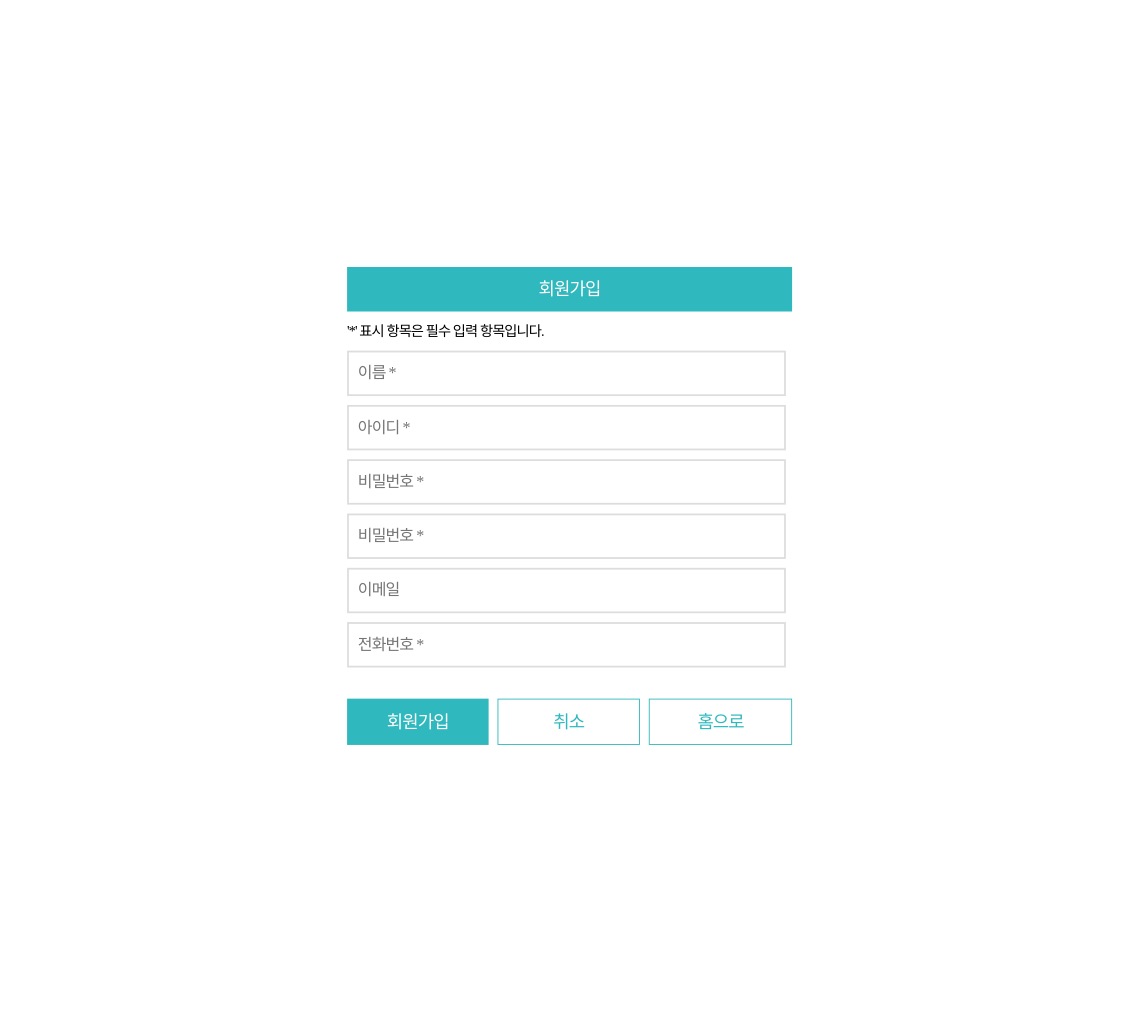
Repository: InhoKang92/jsp_1018
Page: http://localhost/Web_01/member/join.jsp
These files come from the project's save history. The page is drawn as it stood at one moment and after the next save; the edit follows.
The browser window is 1280 px wide. The pictures show the whole page, at 89% of full size.
Some web fonts or font styles are not loaded; a fallback is used. The page is served by Tomcat 9.

Above is the page before, as saved 2024-10-16 02:09:18.

After the next save:
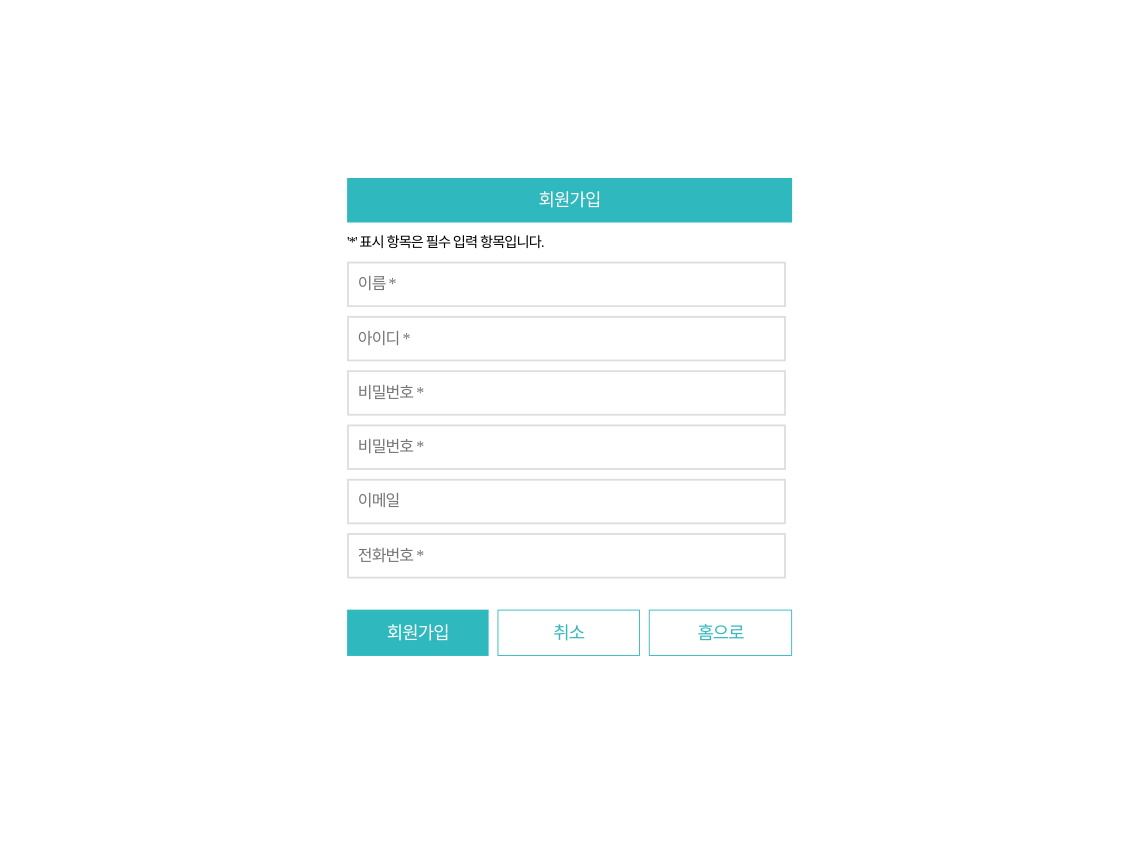
Saved 9 s later.
--- a/Web_01/src/main/webapp/css/join.css
+++ b/Web_01/src/main/webapp/css/join.css
@@ -2,7 +2,7 @@
 
 .join_box {
     width: 500px;
-    margin: 300px auto;
+    margin: 200px auto;
 }
 .title_box {
     width: 100%;
